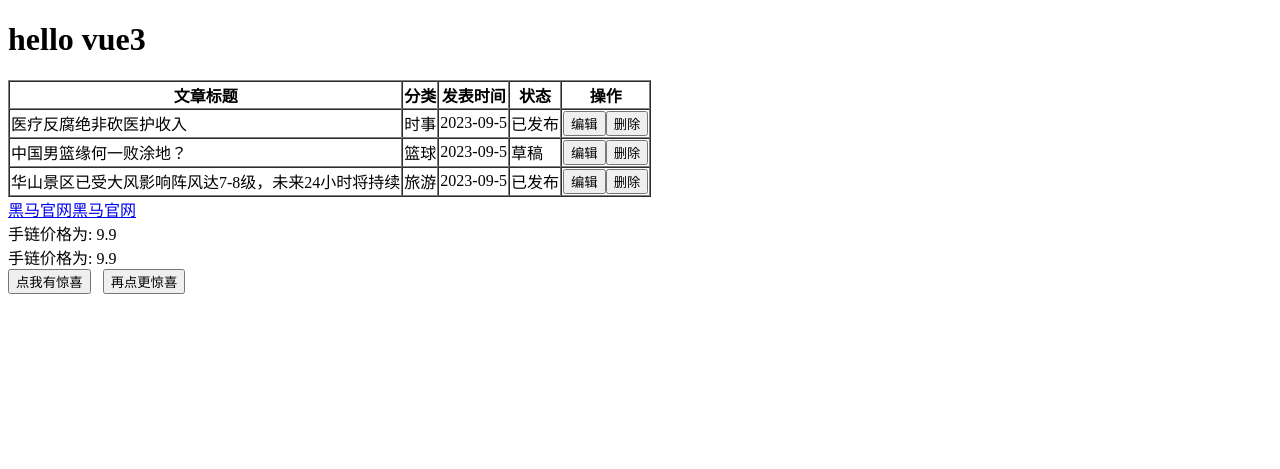
Repository: Viana05/MRGIS_front
Page: vue_learn.html
The author's editor kept a copy of each file at every save. The page is drawn from the files as they stood at one save, then again after the next save.
The browser window is 1280 px wide. The pictures show the whole page.

Above is the page before, as saved 2025-03-10 21:48:35.

### vue_learn.html
<!DOCTYPE html>
<html lang="en">
  <head>
    <meta charset="UTF-8" />
    <meta name="viewport" content="width=device-width, initial-scale=1.0" />
    <title>Document</title>
  </head>
  <body>
    <div id="app">
      <!-- 数据响应 -->
      <h1>{{msg}}</h1>
      <!-- v-for 数组数据 -->
      <table border="1 solid" colspa="0" cellspacing="0">
        <tr>
            <th>文章标题</th>
            <th>分类</th>
            <th>发表时间</th>
            <th>状态</th>
            <th>操作</th>
        </tr>
        <!-- 出现多次tr -->
        <tr v-for="(article,index) in articleList">
            <td>{{article.title}}</td>
            <td>{{article.category}}</td>
            <td>{{article.time}}</td>
            <td>{{article.state}}</td>
            <td>
                <button>编辑</button>
                <button>删除</button>
            </td>
        </tr>
      </table>
      <!-- v-bind 绑定数据 -->
      <a v-bind:href="url">黑马官网</a>
      <a :href="url">黑马官网</a>
      <br/>
      <!-- v-if -->
      手链价格为:  <span v-if="customer.level>=0 &&customer.level<=1">9.9</span>
      <span v-else-if="customer.level>=2 &&customer.level<=4">19.9</span>
      <span  v-else>29.9</span>
      <br/>
      <!-- v-show -->
      手链价格为:  <span v-show="customer.level>=0 &&customer.level<=1">9.9</span>
      <span v-show="customer.level>=2 &&customer.level<=4">19.9</span>
      <span  v-show="customer.level>=5">29.9</span>
      <br/>
      <!-- v-on -->
      <button v-on:click="money">点我有惊喜</button> &nbsp;
      <button @click="love">再点更惊喜</button>
      <!-- v-model 双向数据绑定 -->

    </div>

    <!-- 引入vue模块 -->
    <script type="module">
      import { createApp } from "https://unpkg.com/vue@3/dist/vue.esm-browser.js";
      // 创建vue的应用实例
      createApp({
        data() {
          return {
            // 定义数据
            // 数据响应
            msg: "hello vue3",
            // v-for 数组数据
            articleList: [
              {
                title: "医疗反腐绝非砍医护收入",
                category: "时事",
                time: "2023-09-5",
                state: "已发布",
              },
              {
                title: "中国男篮缘何一败涂地？",
                category: "篮球",
                time: "2023-09-5",
                state: "草稿",
              },
              {
                title: "华山景区已受大风影响阵风达7-8级，未来24小时将持续",
                category: "旅游",
                time: "2023-09-5",
                state: "已发布",
              },
            ],
            // v-bind 绑定数据
            url:"https://www.itheima.com",
            // v-if和v-show
            customer:{
              name:'zhangsan',
              level:1
            }
          };
        },
        methods:{
          // v-on
          money:function(){
            alert('捡到五分钱')
          },
          love:function(){
            alert('爱你一万年')
          }
        }
      }).mount("#app");
    </script>
  </body>
</html>

After the next save:
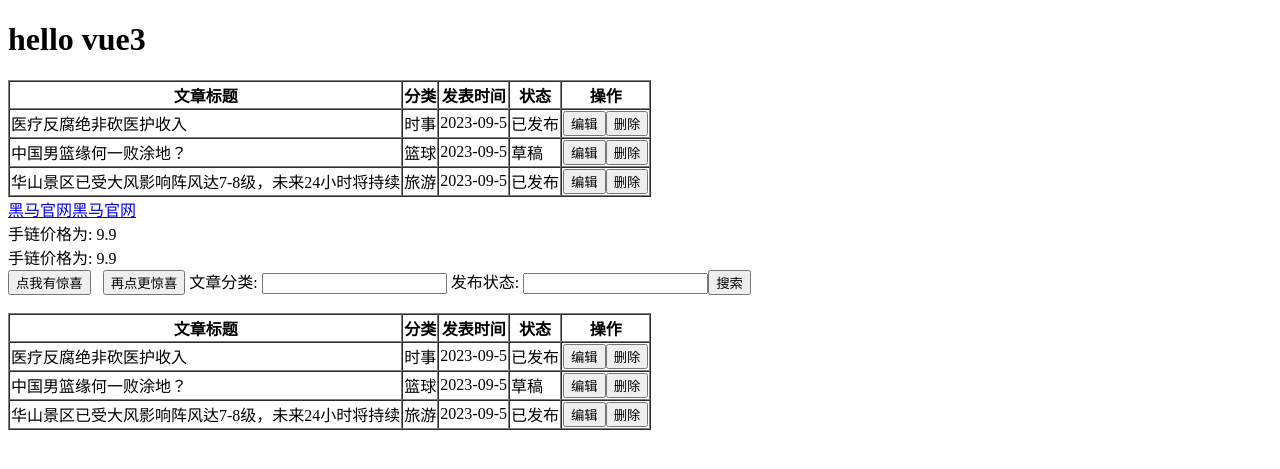
Saved 22 s later.
--- a/vue_learn.html
+++ b/vue_learn.html
@@ -48,7 +48,33 @@
       <button v-on:click="money">点我有惊喜</button> &nbsp;
       <button @click="love">再点更惊喜</button>
       <!-- v-model 双向数据绑定 -->
+      文章分类: <input type="text" />
 
+        发布状态: <input type="text" />
+
+        <button>搜索</button>
+
+        <br />
+        <br />
+        <table border="1 solid" colspa="0" cellspacing="0">
+            <tr>
+                <th>文章标题</th>
+                <th>分类</th>
+                <th>发表时间</th>
+                <th>状态</th>
+                <th>操作</th>
+            </tr>
+            <tr v-for="(article,index) in articleList">
+                <td>{{article.title}}</td>
+                <td>{{article.category}}</td>
+                <td>{{article.time}}</td>
+                <td>{{article.state}}</td>
+                <td>
+                    <button>编辑</button>
+                    <button>删除</button>
+                </td>
+            </tr>
+        </table>
     </div>
 
     <!-- 引入vue模块 -->
